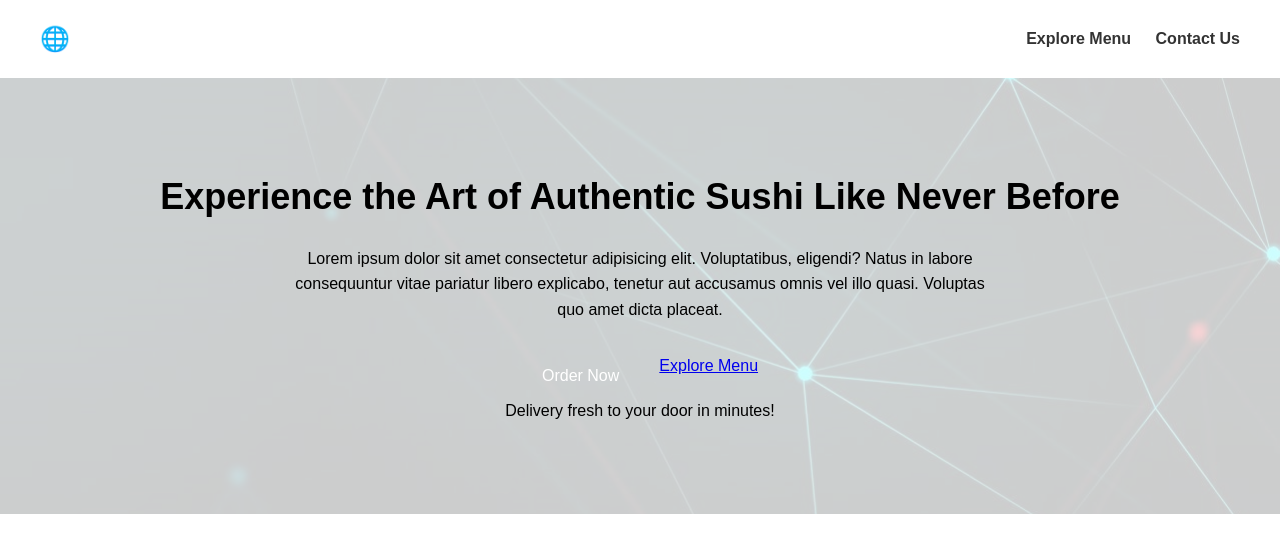
Repository: Femi007-gh/experience
Page: index.html
An editor plug-in stored every save of this project. The page is shown before and after a run of saves, followed by the edit.
The browser window is 1280 px wide. The pictures show the whole page.

Above is the page before, as saved 2025-01-16 06:58:40.

### index.html
<html>
  <head>
    <title></title>
    <link rel="stylesheet" href="style.css">
  </head>
  <body>
    <header>
      <div class="logo">🌐</div>
      <nav>
        <a href="#">Explore Menu</a>
        <a href="#">Contact Us</a>
      </nav>
    </header>
    <main>
      <section class="hero">
        <h1>Experience the Art of Authentic Sushi Like Never Before</h1>
        <p>Lorem ipsum dolor sit amet consectetur adipisicing elit. Voluptatibus, eligendi? Natus in labore consequuntur vitae pariatur libero explicabo, tenetur aut accusamus omnis vel illo quasi. Voluptas quo amet dicta placeat.</p>
        <div class="cta-buttons">
          <a href="#" class="btn-primary">Order Now</a>
          <a href="#" class="btn-secondary">Explore Menu</a>
        </div>
        <p class="delivery-info">Delivery fresh to your door in minutes!</p>
      </section>
    </main>
  </body>
</html>

### style.css
/* body or * */
body {
  padding: 0;
  margin: 0;
  background-color: white;
  font-family: Arial, Helvetica, sans-serif;
  line-height: 1.6;
}

header {
  display: flex;
  justify-content: space-between;
  align-items: center;
  padding: 20px 40px;
  background-color: #fff;
}

header .logo {
  font-size: 24px;
}

header nav a {
  text-decoration: none;
  margin-left: 20px;
  color: #333;
  font-weight: 600;
}

header nav a:hover {
  color: #0077b6;
}

.hero {
  text-align: center;
  padding: 60px 20px;
  background: #fff url('ART.jpg') no-repeat center;
  background-size: cover;
  position: relative;
}

.hero::before {
  content: "";
  position: absolute;
  top: 0;
  left: 0;
  width: 100%;
  height: 100%;
  background-color: rgba(255, 255, 255, 0.8);
}

.hero h1 {
  font-size: 36px;
  font-weight: 700;
  position: relative;
  margin-bottom: 20px;
}

.hero p {
  max-width: 700px;
  margin: 0 auto 30px;
  position: relative;
}

.cta-buttons {
  display: flex;
  justify-content: center;
  gap: 20px;
  margin-top: 20px;
  position: relative;
}

.btn-primary {
  color: #fff;
  text-decoration: none;
  padding: 10px 20px;
  border-radius: 5px;
}

After the next 8 saves:
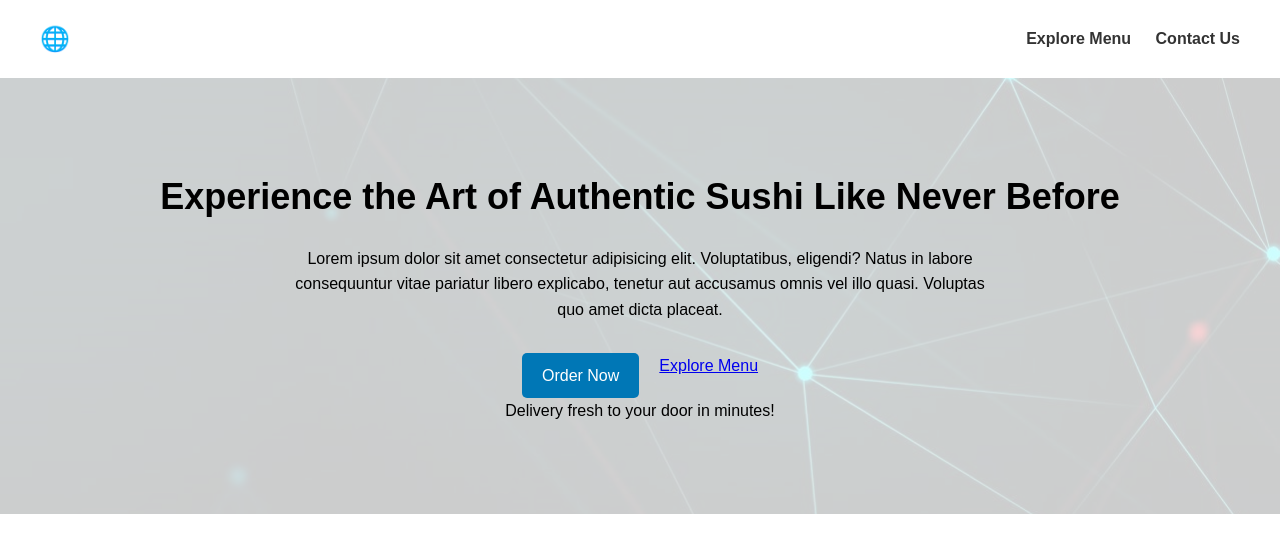
The 8 saves are shown as one change because they came seconds apart.
The last was saved 19 s later.
--- a/style.css
+++ b/style.css
@@ -74,4 +74,5 @@ header nav a:hover {
   text-decoration: none;
   padding: 10px 20px;
   border-radius: 5px;
+  background: #0077b6;
 }
